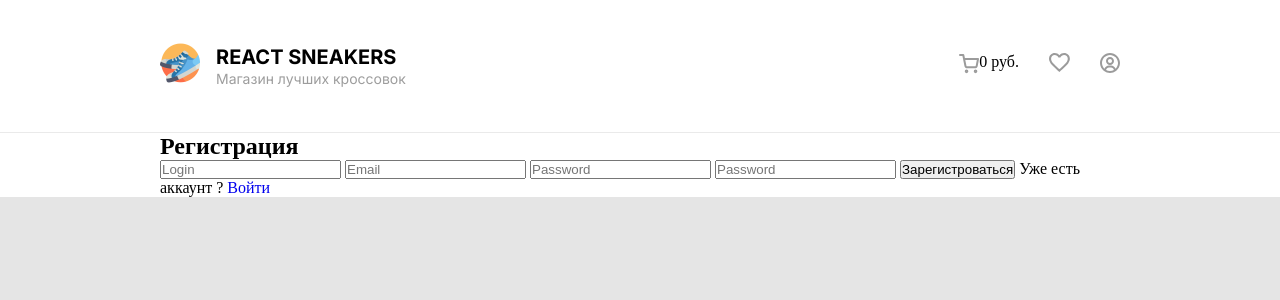
Repository: maxbirimkulov/sneakers20
Page: src/pages/register.html
An editor plug-in stored every save of this project. The page is shown before and after the next save, followed by the edit.
The browser window is 1280 px wide. The pictures show the whole page.
The style sheet was rebuilt from its Sass, Less or Tailwind sources for each picture, by a compiler version that may differ from the author's.

Above is the page before, as saved 2022-11-12 20:39:53.

### src/pages/register.html
<!DOCTYPE html>
<html lang="en">
  <head>
    <meta charset="UTF-8" />
    <meta
      name="viewport"
      content="width=device-width, user-scalable=no, initial-scale=1.0, maximum-scale=1.0, minimum-scale=1.0"
    />
    <meta http-equiv="X-UA-Compatible" content="ie=edge" />
    <title>Document</title>
    <link rel="stylesheet" href="../css/style.css" />
  </head>
  <body>
    <div class="floor">
      <header class="header">
        <div class="container">
          <nav class="header__nav">
            <div class="header__logo">
              <img
                src="../images/mainLogo.png"
                alt="Logo"
                class="header__logo-img"
              />
              <div class="header__logo-text">
                <h1 class="header__logo-title">
                  <a href="../../index.html" class="header__logo-title-link"
                    >react sneakers</a
                  >
                </h1>
                <p class="header__logo-subtitle">
                  <a href="../../index.html" class="header__logo-subtitle"
                    >Магазин лучших кроссовок</a
                  >
                </p>
              </div>
            </div>
            <div class="header__links">
              <p class="header__links-basket">
                <span class="header__links-basket-logo"
                  ><svg
                    width="20"
                    height="20"
                    viewBox="0 0 20 20"
                    fill="none"
                    xmlns="http://www.w3.org/2000/svg"
                  >
                    <path
                      d="M7.54548 18.1818C7.99735 18.1818 8.36366 17.8155 8.36366 17.3636C8.36366 16.9118 7.99735 16.5455 7.54548 16.5455C7.09361 16.5455 6.72729 16.9118 6.72729 17.3636C6.72729 17.8155 7.09361 18.1818 7.54548 18.1818Z"
                      stroke="#9B9B9B"
                      stroke-width="2"
                      stroke-linecap="round"
                      stroke-linejoin="round"
                    />
                    <path
                      d="M16.5455 18.1818C16.9973 18.1818 17.3637 17.8155 17.3637 17.3636C17.3637 16.9118 16.9973 16.5455 16.5455 16.5455C16.0936 16.5455 15.7273 16.9118 15.7273 17.3636C15.7273 17.8155 16.0936 18.1818 16.5455 18.1818Z"
                      stroke="#9B9B9B"
                      stroke-width="2"
                      stroke-linecap="round"
                      stroke-linejoin="round"
                    />
                    <path
                      d="M1 1H4.27273L6.46545 11.9555C6.54027 12.3321 6.7452 12.6705 7.04436 12.9113C7.34351 13.1522 7.71784 13.2801 8.10182 13.2727H16.0545C16.4385 13.2801 16.8129 13.1522 17.112 12.9113C17.4112 12.6705 17.6161 12.3321 17.6909 11.9555L19 5.09091H5.09091"
                      stroke="#9B9B9B"
                      stroke-width="2"
                      stroke-linecap="round"
                      stroke-linejoin="round"
                    />
                  </svg>
                </span>
              </p>

              <p class="header__links-basket-text">
                <span class="total">0</span> руб.
              </p>
              <a
                href="./src/pages/favorites.html"
                class="header__links-favorites"
                ><span class="header__links-favorites-logo"
                  ><svg
                    width="21"
                    height="19"
                    viewBox="0 0 21 19"
                    fill="none"
                    xmlns="http://www.w3.org/2000/svg"
                  >
                    <path
                      d="M15.1003 0C16.7293 0 18.0976 0.54932 19.2052 1.64796C20.3129 2.7466 20.8668 4.08759 20.8668 5.67092C20.8668 6.44643 20.7039 7.23002 20.3781 8.02169C20.0523 8.81335 19.6939 9.51616 19.303 10.1301C18.912 10.744 18.2523 11.5357 17.3238 12.5051C16.3953 13.4745 15.6134 14.2581 14.9781 14.8559C14.3428 15.4537 13.3248 16.3665 11.9239 17.5944L10.4089 18.9515L8.89403 17.6429C7.52572 16.3827 6.51577 15.4537 5.8642 14.8559C5.21262 14.2581 4.42258 13.4745 3.49408 12.5051C2.56559 11.5357 1.90586 10.744 1.51492 10.1301C1.12397 9.51616 0.773748 8.81335 0.464249 8.02169C0.15475 7.23002 0 6.44643 0 5.67092C0 4.08759 0.553841 2.7466 1.66152 1.64796C2.7692 0.54932 4.12123 0 5.71759 0C7.60717 0 9.17095 0.727041 10.4089 2.18112C11.6469 0.727041 13.2107 0 15.1003 0ZM10.5067 16.0918C12.1031 14.6701 13.2677 13.6118 14.0008 12.9171C14.7338 12.2224 15.5401 11.3903 16.4198 10.4209C17.2994 9.45153 17.9102 8.60332 18.2523 7.87628C18.5944 7.14924 18.7654 6.41412 18.7654 5.67092C18.7654 4.63691 18.4152 3.78061 17.7148 3.10204C17.0143 2.42347 16.1428 2.08418 15.1003 2.08418C14.3184 2.08418 13.5772 2.31037 12.8768 2.76276C12.1764 3.21514 11.6795 3.79677 11.3863 4.50765H9.43158C9.17095 3.79677 8.69041 3.21514 7.98997 2.76276C7.28952 2.31037 6.53206 2.08418 5.71759 2.08418C4.67507 2.08418 3.81173 2.42347 3.12757 3.10204C2.44342 3.78061 2.10134 4.63691 2.10134 5.67092C2.10134 6.41412 2.26423 7.14924 2.59002 7.87628C2.91581 8.60332 3.52666 9.45153 4.42258 10.4209C5.3185 11.3903 6.13297 12.2224 6.866 12.9171C7.59902 13.6118 8.74743 14.6701 10.3112 16.0918L10.4089 16.1888L10.5067 16.0918Z"
                      fill="#9B9B9B"
                    />
                  </svg> </span
              ></a>
              <a href="" class="header__links-user"
                ><span class="header__links-user-logo"
                  ><svg
                    width="20"
                    height="20"
                    viewBox="0 0 20 20"
                    fill="none"
                    xmlns="http://www.w3.org/2000/svg"
                  >
                    <path
                      fill-rule="evenodd"
                      clip-rule="evenodd"
                      d="M0 10C0 4.579 4.579 0 10 0C15.421 0 20 4.579 20 10C20 13.19 18.408 16.078 16 17.924V18H15.898C14.23 19.245 12.187 20 10 20C7.813 20 5.77 19.245 4.102 18H4V17.924C1.592 16.078 0 13.189 0 10ZM7.12347 15.236C6.59154 15.6639 6.22136 16.2604 6.074 16.927C7.242 17.604 8.584 18 10 18C11.416 18 12.758 17.604 13.926 16.927C13.7785 16.2605 13.4082 15.6641 12.8764 15.2362C12.3445 14.8083 11.6827 14.5744 11 14.573H9C8.3173 14.5742 7.6554 14.808 7.12347 15.236ZM13.7677 13.4117C14.5877 13.9574 15.2286 14.7329 15.61 15.641C17.077 14.182 18 12.176 18 10C18 5.663 14.337 2 10 2C5.663 2 2 5.663 2 10C2 12.176 2.923 14.182 4.39 15.641C4.77144 14.7329 5.41227 13.9574 6.23227 13.4117C7.05227 12.866 8.01501 12.5742 9 12.573H11C11.985 12.5742 12.9477 12.866 13.7677 13.4117ZM6 8C6 5.72 7.72 4 10 4C12.28 4 14 5.72 14 8C14 10.28 12.28 12 10 12C7.72 12 6 10.28 6 8ZM8 8C8 9.178 8.822 10 10 10C11.178 10 12 9.178 12 8C12 6.822 11.178 6 10 6C8.822 6 8 6.822 8 8Z"
                      fill="#9B9B9B"
                    />
                  </svg> </span
              ></a>
            </div>
          </nav>
        </div>
      </header>
      <div class="container">
        <form class="register">
          <h2 class="register__title">Регистрация</h2>
          <input class="register__input" type="text" placeholder="Login" />
          <input class="register__input" type="email" placeholder="Email" />
          <input
            class="register__input"
            type="password"
            placeholder="Password"
          />
          <input
            class="register__input"
            type="password"
            placeholder="Password"
          />
          <button type="submit" class="register__btn">Зарегистроваться</button>
          <span>Уже есть аккаунт ? <a href="./login.html">Войти</a></span>
        </form>
      </div>
    </div>

    <script type="module" src="../js/register.js"></script>
  </body>
</html>

### src/js/register.js
import {changeUser, getUserFromLocalStorage} from './user.js'

getUserFromLocalStorage()


let formRegister = document.querySelector('.register')
formRegister.addEventListener('submit', (e) =>{
    e.preventDefault()

    let userData = {
        login:e.target[0].value,
        email:e.target[1].value,
        password:e.target[2].value
    }

    fetch('http://localhost:8080/register', {
        method: "POST",
        headers: {
            'Content-Type':  'application/json'
        },
        body: JSON.stringify(userData)
    }).then((res) => res.json())
        .then((res) => {
            changeUser({
                ...res.user,
                token: res.accessToken
            })
        })
        .catch((err) => console.log(err))

})

### src/js/user.js



export let user = {
    login : "",
    email : ""
}

export const getUserFromLocalStorage = () => {
    if (localStorage.getItem('user') !== null){
        user = JSON.parse(localStorage.getItem('user'))
    }
}


export const changeUser = (data) => {
    user = {...data}
    localStorage.setItem('user', JSON.stringify(user))
    location.href = 'http://localhost:63342/new%20project/index.html'
}

### src/css/style.scss
@import url('https://fonts.googleapis.com/css2?family=DM+Sans:wght@700&family=Inter:wght@400;500;600;700&display=swap');

* {
  margin: 0;
  padding: 0;
  box-sizing: border-box;
  text-decoration: none;
  list-style-type: none;
  transition: 0.3s;
}
.container {
  max-width: 1050px;
  padding: 0 45px;
  margin: 0 auto;
}
$int: 'inter', sans-serif;

@mixin text($ff, $fs, $fw, $fz, $lh, $col) {
  font-family: $ff;
  font-style: $fs;
  font-weight: $fw;
  font-size: $fz;
  @if $lh > 0 {
    line-height: $lh;
  }
  color: $col;
}
body {
  background-color: #e5e5e5;
}
.floor {
  background-color: white;
}
@import '_header.scss';
@import '_main.scss';
@import '_assort.scss';
@import '_basketPopup.scss';
@import '_card.scss';
@import '_basket.scss';
@import '_favorites.scss';
@import '_basketNone.scss';
@import '_register';

### src/css/_header.scss
.header {
  padding: 43px 0 45px;
  &__nav {
    display: flex;
    justify-content: space-between;
    align-items: center;
  }
  &__logo {
    display: flex;
    &-img {
      width: 40px;
      height: 40px;
    }
    &-text {
      margin-left: 16px;
    }
    &-title {
      &-link {
        @include text($int, normal, 700px, 20px, 0, #000000);
        text-transform: uppercase;
      }
    }
    &-subtitle {
      @include text($int, normal, 400, 14px, 0, #9d9d9d);
    }
  }
  &__links {
    display: flex;
    &-basket {
      display: flex;
      gap: 6px;
      align-items: center;
      @include text($int, normal, 600, 14px, 0, #5c5c5c);
      margin-left: 10px;
      cursor: pointer;
    }
    &-favorites {
      margin: 0 30px;
    }
  }
  border-bottom: 1px solid #eaeaea;
}

### src/css/_main.scss
.swiper {
  width: 100%;
  height: 100%;
}

.swiper-slide {
  display: -webkit-box;
  display: -ms-flexbox;
  display: -webkit-flex;
  display: flex;
  -webkit-box-pack: center;
  -ms-flex-pack: center;
  -webkit-justify-content: center;
  justify-content: center;
  -webkit-box-align: center;
  -ms-flex-align: center;
  -webkit-align-items: center;
  align-items: center;
}

.swiper__icon{
  &-next{
    background-color: white;
    border-radius: 50%;
    cursor: pointer;
    position: absolute;
    right: 0;
    top: 50%;
    transform: translateY(-50%),;
    z-index: 2;
    padding: 8px 14px;
    display: flex;
    justify-content: center;
    align-items: center;
    transition: 0.2s;
    -webkit-box-shadow: 0px 0px 11px 5px rgba(0, 0, 0, 0.01);
    -moz-box-shadow: 0px 0px 11px 5px rgba(0, 0, 0, 0.01);
    box-shadow: 0px 0px 11px 5px rgba(0, 0, 0, 0.01);
    &:hover{
      transition: 0.2s;
      -webkit-box-shadow: 0px 0px 11px 5px rgba(0, 0, 0, 0.07);
      -moz-box-shadow: 0px 0px 11px 5px rgba(0, 0, 0, 0.07);
      box-shadow: 0px 0px 11px 5px rgba(0, 0, 0, 0.07);
    }
  }
  &-prev{
    background-color: white;
    border-radius: 50%;
    position: absolute;
    left: 0;
    top: 50%;
    cursor: pointer;
    transform:translateY(-50%) rotate(180deg);
    z-index: 2;
    padding: 8px 14px;
    display: flex;
    justify-content: center;
    align-items: center;
    transition: 0.2s;
    -webkit-box-shadow: 0px 0px 11px 5px rgba(0, 0, 0, 0.01);
    -moz-box-shadow: 0px 0px 11px 5px rgba(0, 0, 0, 0.01);
    box-shadow: 0px 0px 11px 5px rgba(0, 0, 0, 0.01);
    &:hover{
      transition: 0.2s;
      -webkit-box-shadow: 0px 0px 11px 5px rgba(0, 0, 0, 0.07);
      -moz-box-shadow: 0px 0px 11px 5px rgba(0, 0, 0, 0.07);
      box-shadow: 0px 0px 11px 5px rgba(0, 0, 0, 0.07);
    }
  }
}

.main{
  &__swipe{
    &-block{
      background-color: #F4EFE9;
      border-radius: 20px;
      max-height: 300px;
      display: flex;
      align-items: center;
      justify-content: space-between;
      width: 100%;
    }
    &-box{
      position: relative;
      padding: 16px 0 20px 51px;
      min-height: 300px;
      &-scn{
        margin: 0;
        padding: 0;
        max-width: 641.18px;
      }
      &-desc{
        @include text($int,normal,700,38px,46px,#8BB43C);
        margin: 32px 17.45px 10.45px 35px;
        &-black{
          color: black;
        }
      }
      &-btn{
        position: absolute;
        padding: 14px 60px;
        border-radius: 110px;
        @include text($int,normal,700px,16px, 0, white);
        text-transform: uppercase;
        background-color: #A5D364;
        bottom: 45px;
        left: 27%;
        transform: translate(-50%, -50);
        transition: 0.2s;
        &:hover{
          transition: 0.2s;
          transform: scale(1.1);
        }
      }
      &-img{
        width: 100%;
      }
    }
  }
}

### src/css/_assort.scss
.main__assort {
  &-topContent {
    display: flex;
    flex-wrap: wrap;
    justify-content: space-between;
    padding: 37px 0 36px;
    width: 100%;
  }
  &-filter {
    display: flex;
    justify-content: space-between;
    align-items: center;
    gap: 10px;
  }
  &-select {
    background: transparent;
    border: 1px solid #bdbdbd;
    border-radius: 8px;
    padding: 0 10px;
    height: 40px;
  }
  &-form {
    margin: 15px 0 0;
    display: flex;
    align-items: center;
    position: relative;
    &-input {
      border-radius: 10px;
      border: 1px solid #bdbdbd;
      outline: none;
      padding: 13px 40px 15px 46px;
      max-width: 250px;
      &::-webkit-input-placeholder {
        color: #c4c4c4;
      }
      &::-moz-placeholder {
        color: #c4c4c4;
      }
      &:-ms-input-placeholder {
        color: #c4c4c4;
      }
      &::-ms-input-placeholder {
        color: #c4c4c4;
      }
      &::placeholder {
        color: #c4c4c4;
      }
      &::-webkit-search-cancel-button {
        position: absolute;
        right: 18px;
        cursor: pointer;
        color: #5c5c5c;
      }
    }
    &-icon {
      position: absolute;
      left: 18px;
      top: 50%;
      transform: translateY(-50%);
    }
  }
  &-title {
    @include text($int, normal, 700, 32px, 0, black);
  }
  &-mainContent {
    min-height: 700px;
    position: relative;
    display: flex;
    justify-content: center;
    align-items: center;
    flex-wrap: wrap;
    gap: 40px;
    &-shoes {
      border: 1px solid #bdbdbd;
      border-radius: 40px;
      padding: 20px 29px 34px 30px;
      max-width: 210px;
    }
    &-favorites {
      display: inline-block;
      position: absolute;
      border: 1px solid #f8f8f8;
      border-radius: 7px;
      padding: 9.6px 9.07px 3.59px;
      cursor: pointer;
      &:hover {
        transform: scale(1.13);
        background-color: rgba(253, 239, 239, 0.87);
        transition: 0.2s;
      }
      &-active {
        display: none;
        position: absolute;
        background-color: #fef0f0;
        border: 1px solid transparent;
        border-radius: 7px;
        padding: 9.6px 9.07px 3.59px;
        cursor: pointer;
      }
    }
    &-product {
      &-desc {
        @include text($int, normal, 400, 14px, 17px, black);
      }
      &-pricesDesc {
        margin-top: 14px;
        display: flex;
        justify-content: space-between;
        align-items: center;
        &-price {
          @include text($int, normal, 500, 11px, 13px, #bdbdbd);
          text-transform: uppercase;
        }
        &-cost {
          @include text($int, normal, 700, 14px, 17px, black);
        }
        &-addBask {
          cursor: pointer;
          display: inline-block;
          padding: 5.33px 8.33px;
          border: 1px solid #f2f2f2;
          border-radius: 8px;
          transition: 0.2s;
          &:hover {
            transform: scale(1.13);
            background-color: rgba(253, 239, 239, 0.87);
            transition: 0.2s;
          }
          &-active {
            cursor: pointer;
            max-height: 32px;
            max-width: 32px;
            padding: 5.33px 8.33px;
            border: 1px solid white;
            border-radius: 8px;
            background: linear-gradient(180deg, #89f09c 0%, #3cc755 100%);
            transition: 0.2s;
            &:hover {
              transform: scale(1.13);
              transition: 0.2s;
            }
          }
        }
      }
    }
  }
}

### src/css/_basketPopup.scss
.basket {
  transform: translateX(100%);
  background: rgba(0, 00, 000, 0.4);
  height: 100vh;
  width: 100vw;
  z-index: 100;
  position: fixed;
  left: 0;
  top: 0;
  bottom: 0;
  &__cards {
    margin-top: 20px;
    max-height: 400px;
    overflow-y:  scroll;
    display: flex;
    gap: 20px;
    flex-wrap: wrap;
  }

  &__card {
    position: relative;  width: 100%;  height: 120px;  padding: 0 30px;    background: #FFFFFF;  border: 1px solid #F3F3F3;  border-radius: 20px;  &:hover {
    box-shadow: 0px 14px 30px 0px rgba(0, 0, 0, 0.05);  }
    &-img {
      position: absolute;    left: 20px;    top: 50%;    transform: translateY(-50%);    max-width: 80px;  }
    &__name {
      position: absolute;    width: 133px;    height: 36px;    overflow: hidden;    left: 120px;    top: 30px;    font-family: 'Inter', sans-serif;    font-style: normal;    font-weight: 400;    font-size: 14px;    line-height: 17px;    color: #000000;  }
    &__sum {
      position: absolute;    left: 120px;    bottom: 30px;    font-family: 'Inter', sans-serif;    font-style: normal;    font-weight: 700;    font-size: 14px;color: #000000;  }
    &__X {
      position: absolute;    right: 20px;    top: 50%;    transform: translateY(-50%);    max-width: 70px;    cursor: pointer;  }
  }
  &.show {
    transform: translateX(0%);
  }
  &__content {
    display: flex;
    flex-direction: column;
    justify-content: space-between;
    background: #fff;
    position: fixed;
    padding: 30px;
    height: 100vh;
    width: 385px;
    top: 0;
    right: 0;
  }
  &__title {
    @include text($int, normal, 700, 24px, 29px, #000000);
  }
  &__text {
    display: flex;
    justify-content: space-between;
    margin-bottom: 19px;
    &:last-of-type {
      margin-bottom: 24px;
    }
    &-desc {
      @include text($int, normal, 400, 16px, 19px, #000000);
    }
    &-sum {
      @include text($int, normal, 600, 16px, 19px, #000000);
    }
  }
  &__btn {
    @include text($int, normal, 600, 16px, 19px, #fff);
    padding: 12px 0;
    background: #9dd558;
    border-radius: 18px;
    border: 1px solid #9dd558;
    width: 100%;
  }
}

.name {
  font-size: 30px;
  color: red;
  text-align: center;
}

### src/css/_card.scss
.info {
  background: antiquewhite;
  padding: 40px 0;
  &__block {
    display: flex;
    flex-wrap: wrap;
    -moz-column-gap: 40px;
         column-gap: 40px;
    row-gap: 40px;
  }
  &__card {
    width: calc(25% - 30px);
    background: #ffffff;
    border: 1px solid #f3f3f3;
    border-radius: 40px;
    padding: 20px 40px;
    cursor: pointer;
    transition: 0.2s;
    &:hover {
      background: #ffffff;
      border: 1px solid #f8f8f8;
      box-shadow: 0 14px 30px rgba(0, 0, 0, 0.05);
      border-radius: 40px;
      transition: 0.2s;
      transform: scale(1.05);
    }
  }
  &__desc {
    @include text($int, normal, 400, 14px, 17px, #000);
    margin: 14px 0;
  }
  &__bottom {
    display: flex;
    justify-content: space-between;
  }
  &__sel {
    @include text($int, normal, 500, 11px, 13px, #bdbdbd);
    text-transform: uppercase;
  }
  &__sum {
    @include text($int, normal, 700, 14px, 17px, #000);
  }
}

### src/css/_basket.scss
.basket__main{
  &-topContent{
    padding: 42px 0 40px;
    &-nav{
      display: flex;
      align-items: center;
      gap: 21px;
    }
    &-title{
      @include text($int, normal, 700, 32px, 0, black)
    }
    &-link{
      padding: 8px 14px;
      max-width: 35px;
      max-height: 35px;
      display: flex;
      justify-content: center;
      align-items: center;
      border: 1px solid #F2F2F2;
      border-radius: 8px;
    }
  }
  &-mainContent{
    &-assort{
      display: flex;
      flex-wrap: wrap;
      gap: 40px;
    }
  }
}

### src/css/_favorites.scss
.main__assort-mainContent-favorites{
  &-off{
    display: none;
  }
  &-on{
    display: inline-block;
  }
}

### src/css/_basketNone.scss
.basketNone__main {
  display: flex;
  justify-content: center;
  align-items: center;
  padding: 240px 0;
  &-none {
    display: flex;
    flex-wrap: wrap;
    justify-content: center;
    align-items: center;
    max-width: 280px;
    &-text{
      text-align: center;
    }
    &-title {
      margin-top: 24px;
      text-align: center;
      @include text($int, normal, 600, 24px, 0, black);
    }

    &-desc {
      text-align: center;
      margin: 11px 0 41px;
      @include text($int, normal, 400, 16px, 24px, black);
    }

    &-link {
      padding: 17px 40px 19px;
      background-color: #9DD458;
      border-radius: 18px;
      @include text($int, normal, 400, 16px, 0, white);

      &-icon {
        margin-right: 17px;

      }
    }
  }
}

Loaded but not shown: src/css/_register.scss (no stored copy; drawn as an empty file)

After the next save:
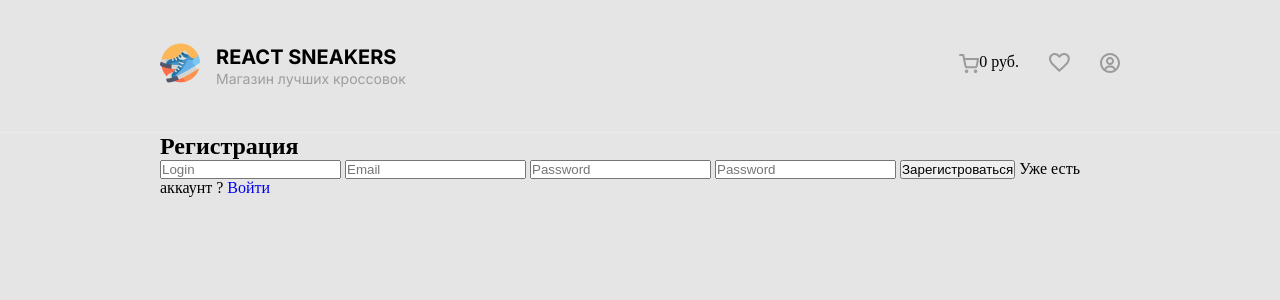
Saved 22 s later.
--- a/src/css/style.scss
+++ b/src/css/style.scss
@@ -25,11 +25,9 @@ $int: 'inter', sans-serif;
   }
   color: $col;
 }
-body {
+body,
+.floor {
   background-color: #e5e5e5;
-}
-.floor {
-  background-color: white;
 }
 @import '_header.scss';
 @import '_main.scss';
